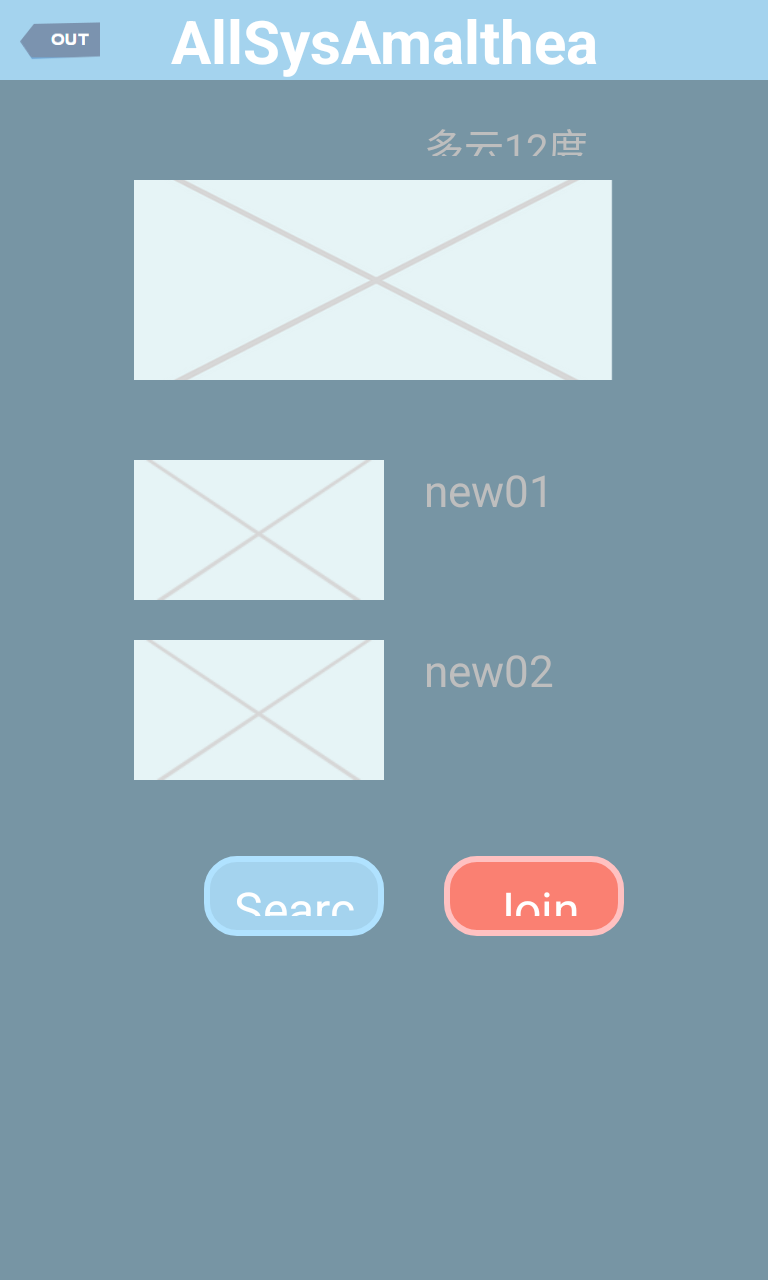
Repository: AllSysAmalthea/AllSys
Layout: APP/AppUI code/代码/Allsys/res/layout/activity_regular.xml
The author's editor kept a copy of each file at every save. The layout is drawn from the files as they stood at one save, then again after the next save.
It is drawn on a 768 x 1280 px phone screen (xhdpi) without system bars, with theme android:Theme.NoTitleBar; the app's code is not run.

Above is the layout before, as saved 2015-06-08 02:50:48.

### APP/AppUI code/代码/Allsys/res/layout/activity_regular.xml
<RelativeLayout xmlns:android="http://schemas.android.com/apk/res/android"
    xmlns:tools="http://schemas.android.com/tools"
    android:layout_width="match_parent"
    android:layout_height="wrap_content"
    android:layout_gravity="center_horizontal"
    android:background="@drawable/back"
    android:gravity="top"
    tools:context=".SearchActivity" >

    <AbsoluteLayout
        android:id="@+id/linearLayout1"
        android:layout_width="fill_parent"
        android:layout_height="wrap_content"
        android:orientation="horizontal" >

        <TextView
            android:id="@+id/header_text"
            android:layout_width="fill_parent"
            android:layout_height="80px"
            android:layout_x="0px"
            android:layout_y="0px"
            android:background="#A4D3EE"
            android:gravity="center"
            android:singleLine="true"
            android:text="AllSysAmalthea"
            android:textColor="#ffffff"
            android:textSize="30sp"
            android:textStyle="bold" />

        <ImageButton
            android:id="@+id/header_left_btn"
            android:layout_width="80px"
            android:layout_height="60px"
            android:layout_x="10dp"
            android:layout_y="4dp"
            android:background="@drawable/pic1" />

        <ImageButton
            android:id="@+id/Location"
            android:layout_width="40px"
            android:layout_height="40px"
            android:layout_x="532dp"
            android:layout_y="11dp"
            android:background="@drawable/loc" />

    </AbsoluteLayout>

    <TextView
        android:id="@+id/textView1"
        android:layout_width="200px"
        android:layout_height="140px"
        android:layout_alignTop="@+id/myImageView2"
        android:layout_marginLeft="20dp"
        android:layout_toRightOf="@+id/myImageView2"
        android:text="new01"
        android:textSize="22sp" />

    <ImageView
        android:id="@+id/myImageView3"
        android:layout_width="250px"
        android:layout_height="140px"
        android:layout_below="@+id/myImageView2"
        android:layout_marginTop="20dp"
        android:layout_toLeftOf="@+id/textView1"
        android:background="@drawable/news02" />

    <TextView
        android:id="@+id/textView2"
        android:layout_width="200px"
        android:layout_height="140px"
        android:layout_alignLeft="@+id/textView1"
        android:layout_alignTop="@+id/myImageView3"
        android:text="new02"
        android:textSize="22sp" />

    <ImageView
        android:id="@+id/myImageView2"
        android:layout_width="250px"
        android:layout_height="140px"
        android:layout_alignLeft="@+id/myImageView1"
        android:layout_below="@+id/myImageView1"
        android:layout_marginTop="40dp"
        android:background="@drawable/news02" />

    <ImageView
        android:id="@+id/myImageView1"
        android:layout_width="500px"
        android:layout_height="200px"
        android:layout_below="@+id/textView4"
        android:layout_centerHorizontal="true"
        android:layout_marginTop="12dp"
        android:background="@drawable/news01" />

    <Button
        android:id="@+id/Joinus"
        android:layout_width="180px"
        android:layout_height="80px"
        android:layout_alignBaseline="@+id/Search"
        android:layout_alignBottom="@+id/Search"
        android:layout_alignRight="@+id/textView2"
        android:background="@drawable/shape2"
        android:text="Join us"
        android:textColor="#ffffff"
        android:textSize="24sp" />

    <Button
        android:id="@+id/Search"
        android:layout_width="180px"
        android:layout_height="80px"
        android:layout_alignRight="@+id/myImageView3"
        android:layout_below="@+id/myImageView3"
        android:layout_marginTop="38dp"
        android:background="@drawable/shape3"
        android:text="Search"
        android:textColor="#ffffff"
        android:textSize="24sp" />

    <TextView
        android:id="@+id/textView4"
        android:layout_width="200px"
        android:layout_height="40px"
        android:layout_alignLeft="@+id/textView1"
        android:layout_below="@+id/linearLayout1"
        android:layout_marginTop="18dp"
        android:text="多云12度"
        android:textSize="20sp" />

</RelativeLayout>

### APP/AppUI code/代码/Allsys/res/drawable-mdpi/shape2.xml
<?xml version="1.0" encoding="utf-8"?>
<shape xmlns:android="http://schemas.android.com/apk/res/android"
    android:shape="rectangle" >

    <!-- 填充的颜色：这里设置背景透明 -->
    <solid android:color="#fa8072" />
    <!-- 边框的颜色 ：不能和窗口背景色一样-->
    <stroke
        android:width="3dp"
        android:color="#FFC1C1" />
    <!-- 设置按钮的四个角为弧形 -->
    <!-- android:radius 弧形的半径 -->
    <corners android:radius="15dip" />

    <!-- padding：Button里面的文字与Button边界的间隔 -->
    <padding
        android:bottom="10dp"
        android:left="10dp"
        android:right="10dp"
        android:top="10dp" />

</shape>

### APP/AppUI code/代码/Allsys/res/drawable-mdpi/shape3.xml
<?xml version="1.0" encoding="utf-8"?>
<shape xmlns:android="http://schemas.android.com/apk/res/android"
    android:shape="rectangle" >

    <!-- 填充的颜色：这里设置背景透明 -->
    <solid android:color="#A4D3EE" />
    <!-- 边框的颜色 ：不能和窗口背景色一样-->
    <stroke
        android:width="3dp"
        android:color="#B0E2FF" />
    <!-- 设置按钮的四个角为弧形 -->
    <!-- android:radius 弧形的半径 -->
    <corners android:radius="15dip" />

    <!-- padding：Button里面的文字与Button边界的间隔 -->
    <padding
        android:bottom="10dp"
        android:left="10dp"
        android:right="10dp"
        android:top="10dp" />

</shape>

After the next save:
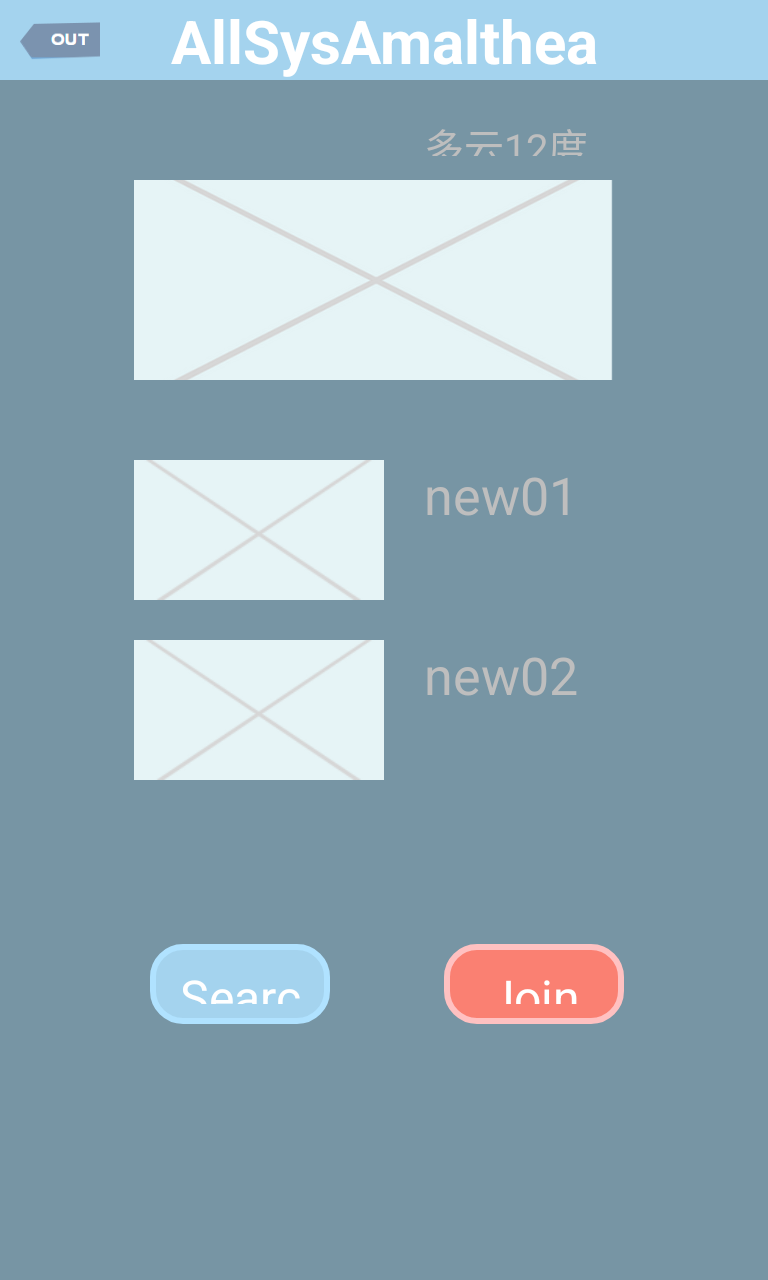
Saved 59 s later.
--- a/APP/AppUI code/代码/Allsys/res/layout/activity_regular.xml
+++ b/APP/AppUI code/代码/Allsys/res/layout/activity_regular.xml
@@ -53,7 +53,7 @@
         android:layout_marginLeft="20dp"
         android:layout_toRightOf="@+id/myImageView2"
         android:text="new01"
-        android:textSize="22sp" />
+        android:textSize="26sp" />
 
     <ImageView
         android:id="@+id/myImageView3"
@@ -71,7 +71,7 @@
         android:layout_alignLeft="@+id/textView1"
         android:layout_alignTop="@+id/myImageView3"
         android:text="new02"
-        android:textSize="22sp" />
+        android:textSize="26sp" />
 
     <ImageView
         android:id="@+id/myImageView2"
@@ -103,18 +103,6 @@
         android:textColor="#ffffff"
         android:textSize="24sp" />
 
-    <Button
-        android:id="@+id/Search"
-        android:layout_width="180px"
-        android:layout_height="80px"
-        android:layout_alignRight="@+id/myImageView3"
-        android:layout_below="@+id/myImageView3"
-        android:layout_marginTop="38dp"
-        android:background="@drawable/shape3"
-        android:text="Search"
-        android:textColor="#ffffff"
-        android:textSize="24sp" />
-
     <TextView
         android:id="@+id/textView4"
         android:layout_width="200px"
@@ -125,4 +113,17 @@
         android:text="多云12度"
         android:textSize="20sp" />
 
+    <Button
+        android:id="@+id/Search"
+        android:layout_width="180px"
+        android:layout_height="80px"
+        android:layout_alignRight="@+id/myImageView3"
+        android:layout_below="@+id/myImageView3"
+        android:layout_marginRight="27dp"
+        android:layout_marginTop="82dp"
+        android:background="@drawable/shape3"
+        android:text="Search"
+        android:textColor="#ffffff"
+        android:textSize="24sp" />
+
 </RelativeLayout>
